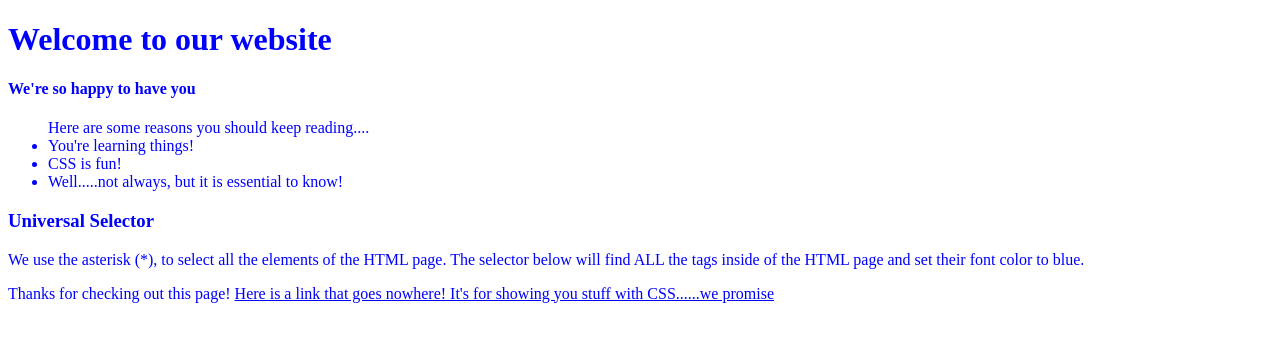
Repository: AnnaSpirit/Tests__
Page: CSS/Useful_Selectors.html
The author's editor kept a copy of each file at every save. The page is drawn from the files as they stood at one save, then again after a run of saves.
The browser window is 1280 px wide. The pictures show the whole page.

Above is the page before, as saved 2024-04-01 12:12:35.

After the next 5 saves:
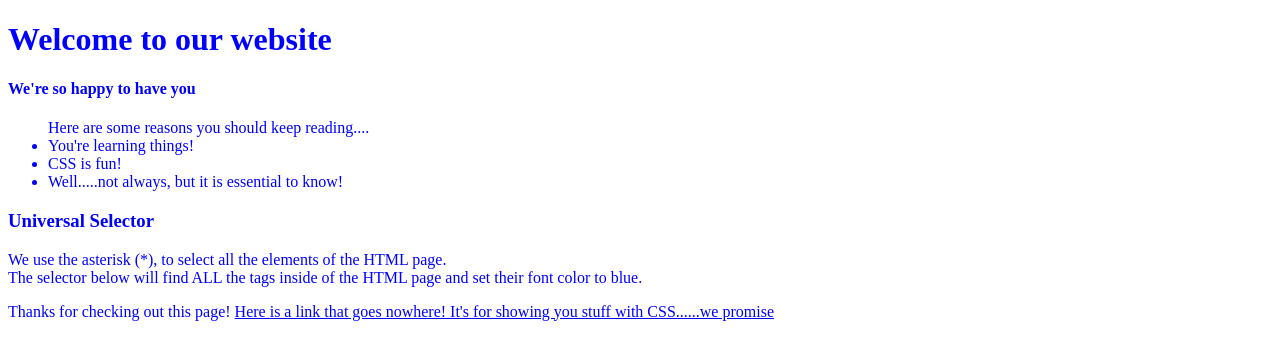
The 5 saves are shown as one change because they came seconds apart.
The last was saved 14 s later.
--- a/CSS/Useful_Selectors.html
+++ b/CSS/Useful_Selectors.html
@@ -20,9 +20,9 @@
     </section>
     <section>
         <h3>Universal Selector</h3>
-        <p></p>We use the asterisk (*), to select all the elements of the HTML page.
+        <p>We use the asterisk (*), to select all the elements of the HTML page. <br>
 
-        The selector below will find ALL the tags inside of the HTML page and set their font color to blue.
+        The selector below will find ALL the tags inside of the HTML page and set their font color to blue.</p>
     </section>
     <footer>
         <p>
